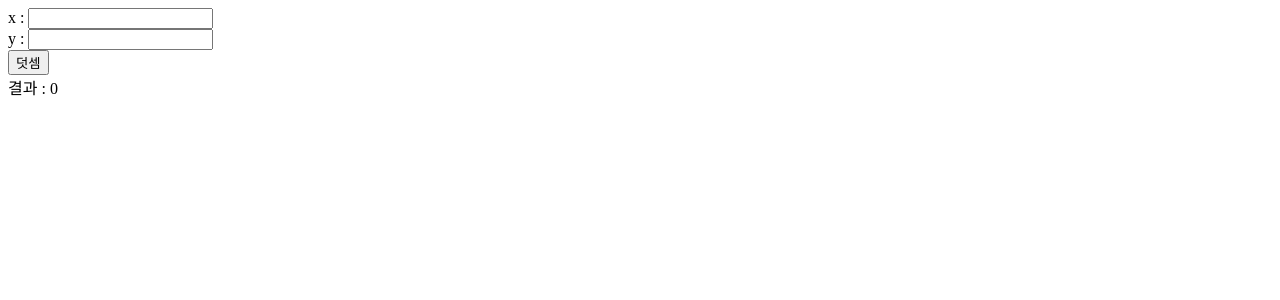
Repository: bluesky3268/Servlet_Jsp
Page: JSPPrj/WebContent/add2.html
An editor plug-in stored every save of this project. The page is shown before and after the next save, followed by the edit.
The browser window is 1280 px wide. The pictures show the whole page.

Above is the page before, as saved 2021-02-18 00:45:05.

### JSPPrj/WebContent/add2.html
<!DOCTYPE html>
<html>
<head>
<meta charset="UTF-8">
<title>Insert title here</title>
</head>
<body>
	<form action="add2" method ="post">
		<div>
			<label>x : </label>
			<input type="text" name="x"/>
		</div>
		<div>
			<label>y : </label>
			<input type="text" name="y"/>
		</div>
		<div>
			<input type="submit" value="덧셈">
		</div>
		<div>
			결과 : 0
		</div>
	</form>
</body>
</html>

After the next save:
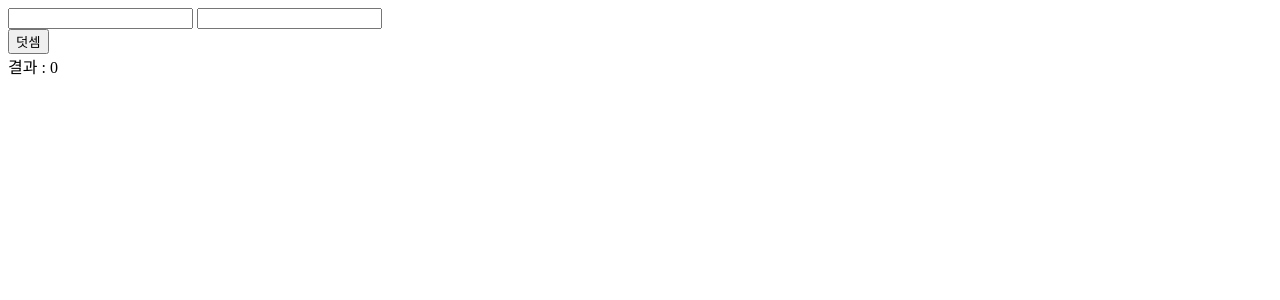
Saved 2 min 55 s later.
--- a/JSPPrj/WebContent/add2.html
+++ b/JSPPrj/WebContent/add2.html
@@ -7,11 +7,7 @@
 <body>
 	<form action="add2" method ="post">
 		<div>
-			<label>x : </label>
-			<input type="text" name="x"/>
-		</div>
-		<div>
-			<label>y : </label>
+			<input type="text" name="num"/> <!-- name을 같게 여러개 만들면 배열로 인식함. -->
 			<input type="text" name="y"/>
 		</div>
 		<div>
